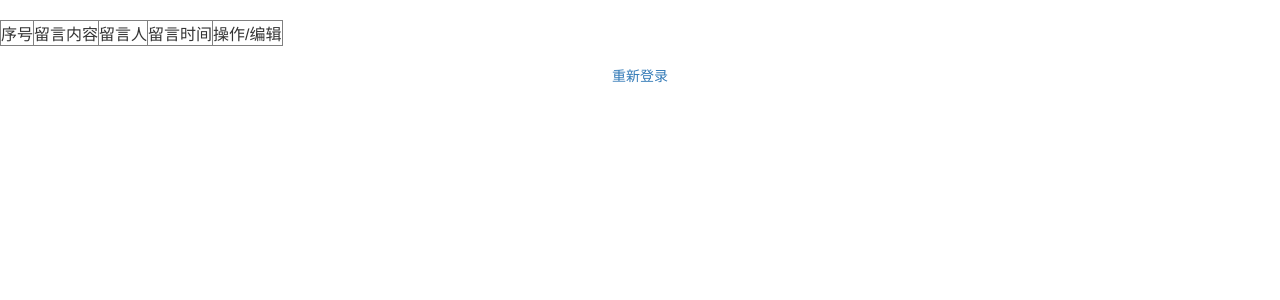
Repository: suxiaohutot/PHP
Page: http://localhost/liuyanlist.php
The author's editor kept a copy of each file at every save. The page is drawn from the files as they stood at one save, then again after the next save.
The browser window is 1280 px wide. The pictures show the whole page.
The page is run by PHP 8.4 with error messages shown; the project is at /var/www/html/. Queries for data that is not in the repository find no rows.

Above is the page before, as saved 2019-11-05 06:12:28.

After the next save:
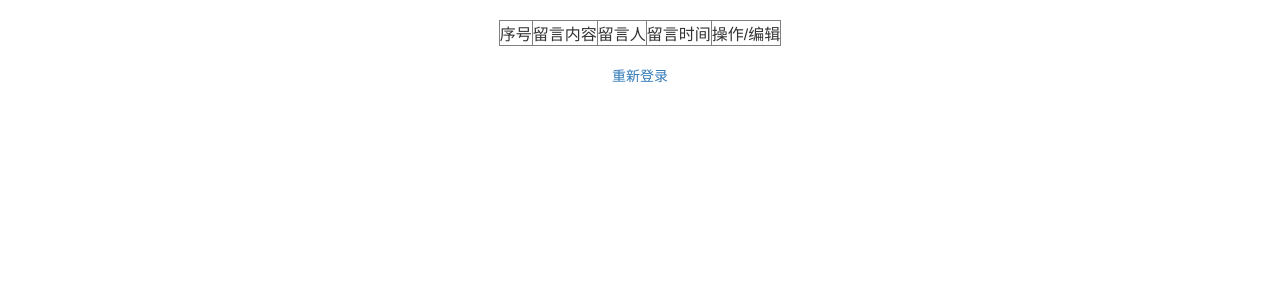
Saved 41 s later.
--- a/test/liuyanlist.php
+++ b/test/liuyanlist.php
@@ -8,7 +8,8 @@
 </head>
 <body>
 <br>
-
+<div class="form-inline">
+			<div class="form-group">
     <?php
     include 'DB.php';
     $sqli="select * from liuyan";
@@ -43,6 +44,6 @@
         <?php
      echo "<br>"."<a href='dengluhtml.php'>重新登录</a>";
      ?>
-
+</tr></div></div>
 </body>
 </html>
